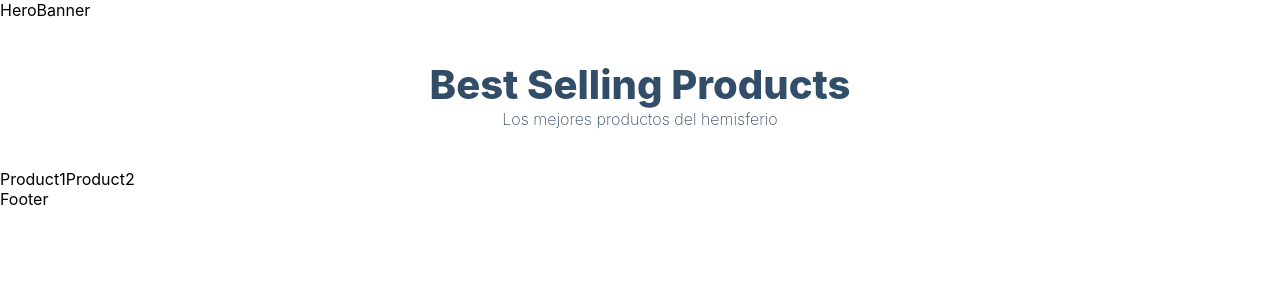
Repository: Josephdiaz99/ecomerceNextJS
Page: /
An editor plug-in stored every save of this project. The page is shown before and after the next save, followed by the edit.
The browser window is 1280 px wide. The pictures show the whole page.
The project was rebuilt for these pictures with package versions that can differ from the ones it lists, and the page was loaded fresh each time. The framework's server and built-in components were replaced by stand-ins that run in the browser. Also part of the build but not shown: next.config.js.

Above is the page before, as saved 2022-07-11 10:19:23.

### pages/index.js
import React from 'react'

const Home = () => {
  return (

    <>
      HeroBanner

      <div className='products-heading' >
        <h2>Best Selling Products</h2>
        <p>Los mejores productos del hemisferio</p>
      </div>

      <div className='' >
       { ['Product1','Product2'].map((product)=>product)}
      </div>

      Footer
    </>

  )
}

export default Home

Loaded but not shown: pages/_app.js (common file); styles/globals.css (common file)

After the next save:
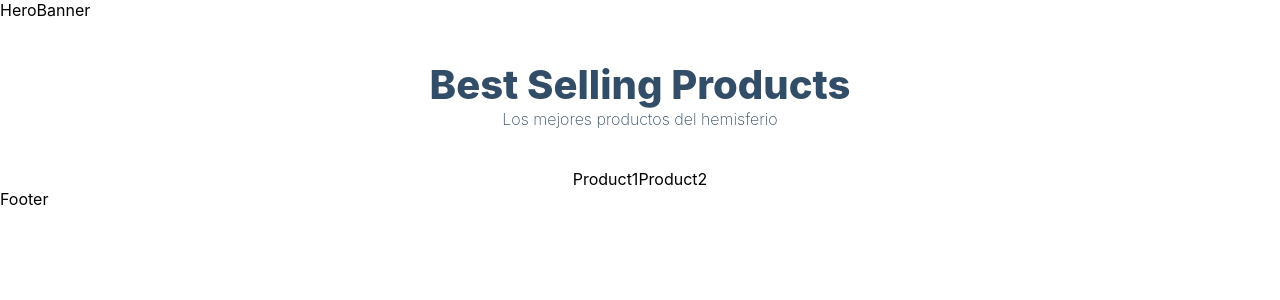
Saved 13 s later.
--- a/pages/index.js
+++ b/pages/index.js
@@ -11,7 +11,7 @@
         <p>Los mejores productos del hemisferio</p>
       </div>
 
-      <div className='' >
+      <div className='products-container' >
        { ['Product1','Product2'].map((product)=>product)}
       </div>
 
